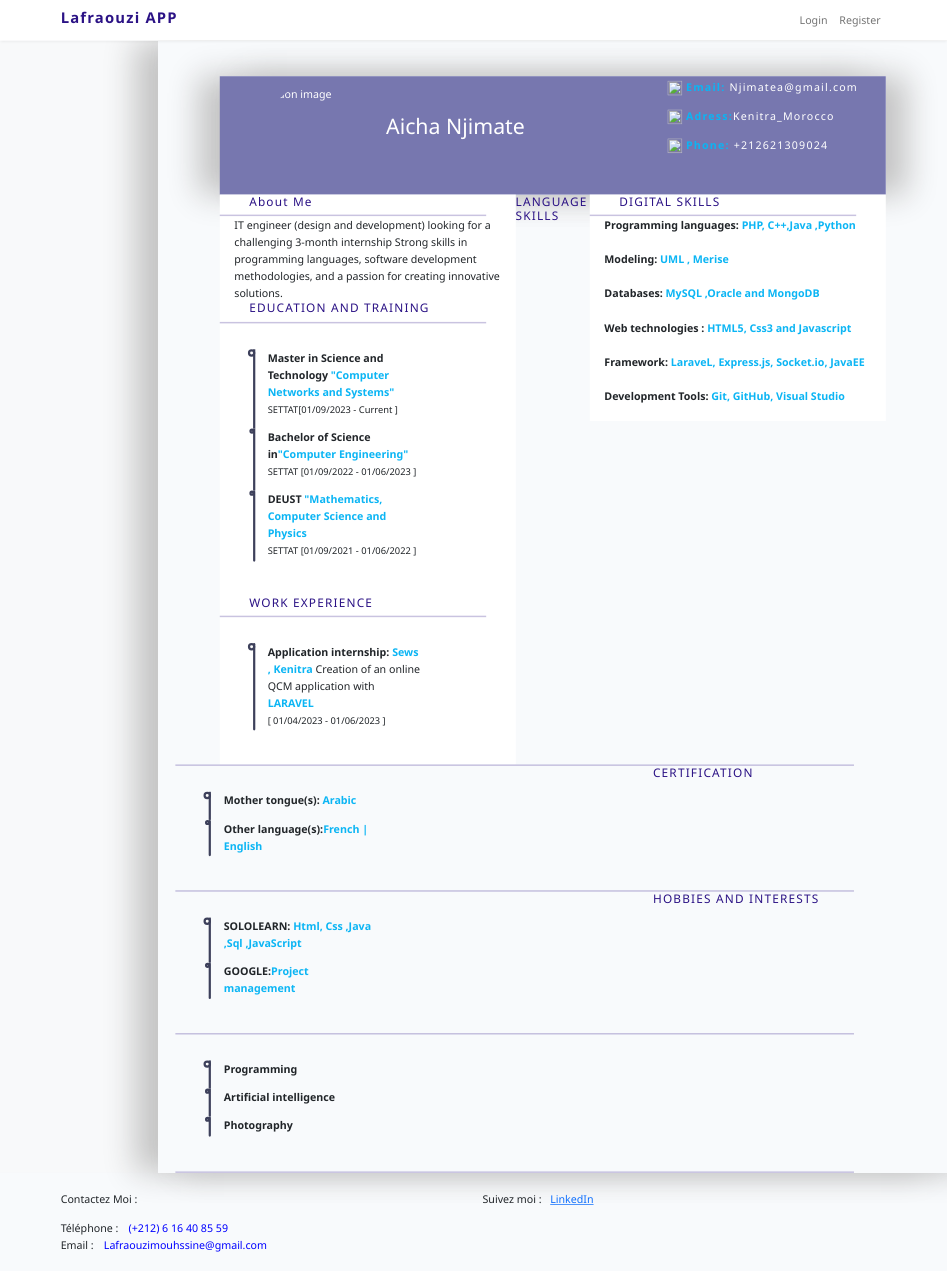
Repository: NjimateAicha/LaravelWeb
Page: http://localhost/aproposDeMoi
The author's editor kept a copy of each file at every save. The page is drawn from the files as they stood at one save, then again after the next save.
The browser window is 1280 px wide. The pictures show the whole page, at 74% of full size.
The page is served by the project's Laravel application, run on PHP 8.4 with Laravel 9. Other server files are loaded and not shown. Style sheets and scripts are compiled from the project's sources, by tool versions that may differ from the author's. Queries for data that is not in the repository find no rows.

Above is the page before, as saved 2024-05-19 15:54:06.

### routes/web.php
<?php

use App\Http\Controllers\AproposDeMoiController;
use App\Http\Controllers\ChartsController;
use App\Http\Controllers\EtudiantController;
use App\Http\Controllers\formulairesController;
use App\Http\Controllers\ImageController;
use App\Http\Controllers\JsController;
use App\Http\Controllers\MapController;
use App\Http\Controllers\MatriceController;
use App\Http\Controllers\PhpController;
use App\Http\Controllers\ProjetController;
use App\Http\Controllers\QuizController;
use Illuminate\Support\Facades\Auth;
use Illuminate\Support\Facades\Route;

/*
|--------------------------------------------------------------------------
| Web Routes
|--------------------------------------------------------------------------
|
| Here is where you can register web routes for your application. These
| routes are loaded by the RouteServiceProvider within a group which
| contains the "web" middleware group. Now create something great!
|
*/

Route::get('/', function () {
    return view('auth.login');
});


Auth::routes();

Route::get('/home', [App\Http\Controllers\HomeController::class, 'index'])->name('home');

Route::get('/projets', [ProjetController::class, 'index'])->name('projets.index');
Route::get('/aproposDeMoi', [AproposDeMoiController::class, 'index'])->name('aProposDeMoi.index');


/* CRUD Student */
Route::resource('/etudiant' ,EtudiantController::class );
/* CRUD image */
Route::resource('/image' ,ImageController::class );
/* CRUD Maps */
Route::resource('/map' ,MapController::class );
/* CRUD Charts */
Route::resource('/charts' ,ChartsController::class );
/* Matrice */
Route::resource('/matrice' ,MatriceController::class );
/* quiz */
Route::resource('/Quiz' ,QuizController::class );
Route::get('/quiz/javascript', [QuizController::class, 'javascriptQuiz'])->name('quiz.javascript');
Route::post('/quiz/calculateJS', [QuizController::class, 'calculateScoreJS'])->name('quiz.calculateJS');
Route::get('/quiz/php', [QuizController::class, 'phpQuiz'])->name('quiz.php');
Route::post('/quiz/calculatePHP', [QuizController::class, 'calculateScorePHP'])->name('quiz.calculatePHP');

### app/Http/Controllers/AproposDeMoiController.php
<?php

namespace App\Http\Controllers;

use Illuminate\Http\Request;

class AproposDeMoiController extends Controller
{
    public function index()
    {
        return view('aProposDeMoi.index');
    }
}

### resources/views/aProposDeMoi/index.blade.php
@extends('layouts.app')
@section('content')
<div class="container mt-5">
{{--     <div class="row">
      <div class="col-md-8 mx-auto">
        <div class="styled-div">
          <p>Bonjour, je suis un jeune Marocain spécialisé dans le domaine informatique, je me distingue par une
            solide formation et une approche créative, fondées sur une recherche approfondie en réseaux,
            systèmes informatiques et développement web. La base de ma formation repose sur une quête
            constante de solutions efficaces et innovantes.</p>
          <p>Mon engagement envers l'apprentissage continu et ma passion pour la programmation constituent
            les piliers de cette démarche, faisant de la maîtrise des environnements stimulants une aspiration
            professionnelle.</p>
          <p><a href="#parcours_académique"> Télécharger curriculum vitae </a></p>
        </div>
      </div>
    </div>
  </div> --}}
  <!DOCTYPE html>
<html lang="en">
<head>
    <meta charset="UTF-8">
    <meta http-equiv="X-UA-Compatible" content="IE=edge">
    <meta name="viewport" content="width=device-width, initial-scale=1.0">
    <title>Resume</title>
    <link rel="preconnect" href="https://fonts.gstatic.com">
    <link rel="stylesheet" href="cv.css">
    <link href="https://fonts.googleapis.com/css2?family=Poppins:wght@100;300;400;600&display=swap" rel="stylesheet">
    <link rel="stylesheet" href="https://cdnjs.cloudflare.com/ajax/libs/font-awesome/4.7.0/css/font-awesome.min.css">
</head>
<style>

body {
    font-family: 'Segoe UI', Tahoma, Geneva, Verdana, sans-serif;
}

main {
    box-shadow: 30px 0px 40px rgb(196, 196, 196), -30px 0px 40px rgb(196, 196, 196);
    margin: auto;
    max-width: 900px;
}

.srkl {
    display: flex;
    justify-content: space-between;
    margin-top: 25px;
    background-color: white;
    width: 100%;
}
header {
    height: 160px;
    padding-top: 10px;
    color: white;
    background-color: #7777af;
}

.photo {
    margin-left: 7%;
    border-radius: 50%;
    width: 130px;
    height: 130px;
    overflow: hidden;
}
.des{
    margin-left: 25%;
    margin-top: -10%;
}
h3{
    color: #2b1285;
    font-weight: bold;
    letter-spacing: .1rem;
    font-size: 20px;
}

.right{
    padding: 0;
    margin: 5px;
    margin-top: -10%;
}
.right p{
   margin-left: 600px;
   letter-spacing: .1rem;
}
.info{
    width: 20px;
    height: 20px;
}
.section-left{
    background-color: white;
    float: left;
    width: 400px;
}
.section-right{
    background-color: white;
    float: right;
    width: 400px;
}
 h4{
    margin-left: 10%;
    color: #2b1285;
    letter-spacing: .1rem;
    font-size: 16px;
}
hr.light{
 border-top: 2px solid #2b1285;
 width: 90%;
 margin-top: .1rem;

}
.atouts{
    margin-left: 10%;
}
.div{
    margin-left: 5%;

}

.skls {
    padding: 0px;
    width: 40%;
    margin-left: 10%
}
.cool {
    background-color: #fff;
    border: 2px solid #ccc;
    width: 300px;
    height: 7px;
}

.po {
    margin-top: 20px;
}
strong{
    color: #0bb5f4;
    text-decoration: none;
}

.interet{
    margin-left: 10%;
}
span{
    margin-left: 10px;
}
.resume{

}
.light {
    margin-bottom: 0; /* Supprime la marge en bas de la ligne horizontale */
}

.func {
    margin-top: 5px; /* Ajoute une marge en haut du paragraphe suivant */
}
ul {
    list-style-type: none;
    padding: 0;
  }

  .resume .base, .resume .func {
    box-sizing: border-box;
    float: left;
  }
  .resume .base > div, .resume .func > div {
    padding-bottom: 10px;
  }
  .resume .base > div:last-of-type, .resume .func > div:last-of-type {
    padding-bottom: 0;
  }

.resume .func {
    width: 645px;
    padding: 30px 25px;
  }



  .resume .func .work ul li, .resume .func .edu ul li {
    position: relative;
    margin-left: 15px;
    padding-left: 25px;
    padding-bottom: 15px;
  }
  .resume .func .work ul li:hover::before, .resume .func .edu ul li:hover::before {
    animation: circle 1.2s infinite;
  }

  @keyframes circle {
    from {
      box-shadow: 0 0 0 0px #3d405b;
    }
    to {
      box-shadow: 0 0 0 6px rgba(61, 64, 91, 0);
    }
  }
  .resume .func .work ul li:first-of-type::before, .resume .func .edu ul li:first-of-type::before {
    width: 10px;
    height: 10px;
    left: -2px;
  }
  .resume .func .work ul li:last-of-type, .resume .func .edu ul li:last-of-type {
    padding-bottom: 3px;
  }
  .resume .func .work ul li:last-of-type::after, .resume .func .edu ul li:last-of-type::after {
    border-radius: 1.5px;
  }
  .resume .func .work ul li::before, .resume .func .work ul li::after, .resume .func .edu ul li::before, .resume .func .edu ul li::after {
    content: "";
    display: block;
    position: absolute;
  }
  .resume .func .work ul li::before, .resume .func .edu ul li::before {
    width: 7px;
    height: 7px;
    border: 3px solid #3d405b;
    background: #fcfcfc;
    border-radius: 50%;
    left: 0;
    z-index: 1;
  }
  .resume .func .work ul li::after, .resume .func .edu ul li::after {
    width: 3px;
    height: 100%;
    background: #3d405b;
    left: 5px;
    top: 0;
  }
  .resume .func .work ul li span, .resume .func .edu ul li span {
    transition-duration: 0.3s;
  }
  .resume .func .work {
    width: 42%;
  }
  .resume .func .edu {
    width: 58%;
  }
  .resume .func .skills-prog {
    clear: both;
  }

</style>
<body>
     <main>
        <header>
            <div class="photo">
                <img src="image/mee.png"  width ="100%" height="100%"alt="ùon image">
            </div>
            <div class="des">
                <h2>Aicha Njimate</h2>


            </div>

            <div class="right">


                <p><img src="../image/email.png" class="info"><strong> Email:</strong> Njimatea@gmail.com</p>
                <p><img src="image/loca.png" class="info"> <strong> Adress:</strong>Kenitra_Morocco</p>
               <p><img src="image/telephone_10945101.png" class="info"><strong> Phone:</strong> +212621309024</p>


            </div>


        </header>
        <section class="section-left">

            <h4>About Me</h4>
            <hr class="light">

            <div class="div">
                IT engineer (design and development) looking for a challenging 3-month internship
                 Strong skills in programming languages, software development methodologies, and a passion for creating
                    innovative solutions.
            </div>
                <div class="resume">
                    <h4>EDUCATION AND TRAINING</h4>
                    <hr class="light">
                    <div class="func">
                        <div class="work">

                          <ul>
                            <li><b>Master in Science and Technology <strong> "Computer Networks and Systems"</strong></b><small> SETTAT[01/09/2023 - Current ]</small></li>
                            <li><b>Bachelor of Science in</b><strong>"Computer Engineering"</strong><br><small> SETTAT [01/09/2022 - 01/06/2023 ] </small></li>
                            <li><b>DEUST <strong> "Mathematics, Computer Science and Physics</strong></b><br><small> SETTAT [01/09/2021 - 01/06/2022 ] </small></li>
                          </ul>
                        </div>
                </div>



                <div class="resume">
                    <h4>WORK EXPERIENCE</h4>
                    <hr class="light">
                    <div class="func">
                        <div class="work">

                          <ul>
                            <li><b>Application internship: </b><strong>Sews , Kenitra</strong>
                                Creation of an online QCM application with <strong> LARAVEL</strong><br><small> [ 01/04/2023 - 01/06/2023 ] </small> <br></li>
                          </ul>
                        </div>
                </div>








        </section>
        <section class="section-right">
           <h4>DIGITAL SKILLS </h4>
           <hr class="light">
            <div class="div">
                <div><b>Programming languages: </b>
                    <strong>PHP, C++,Java ,Python</strong>
                </div>
            </div>
            <br>
            <div class="div">
                <div><b>Modeling: </b>
                    <strong> UML , Merise</strong>
                </div>
            </div>
            <br>
            <div class="div">
                <div><b>Databases: </b>
                    <strong>MySQL ,Oracle and MongoDB</strong>
                </div>
            </div>
            <br>
            <div class="div">
                <div><b> Web technologies : </b>
                    <strong>HTML5, Css3 and Javascript</strong>
                </div>
            </div>
            <br>
            <div class="div">
                <div><b>  Framework: </b>
                    <strong>LaraveL, Express.js, Socket.io, JavaEE </strong>
                </div>
            </div>
            <br>

            <div class="div">
                <div><b>Development Tools: </b>
                    <strong> Git,  GitHub, Visual Studio  </strong>
                </div>
            </div>
            <br>




            </div>
            <div class="resume">
                <h4> LANGUAGE SKILLS</h4>
                <hr class="light">
                <div class="func">
                    <div class="work">

                      <ul>
                        <li><b>Mother tongue(s): <strong> Arabic</strong></b></li>
                        <li><b> Other language(s):</b><strong>French | English</strong><br></li>

                      </ul>
                    </div>
            </div>
            <div class="resume">
                <h4> CERTIFICATION </h4>
                <hr class="light">
                <div class="func">
                    <div class="work">

                      <ul>
                        <li><b>SOLOLEARN:<strong> Html, Css ,Java ,Sql ,JavaScript</strong></b></li>
                        <li><b> GOOGLE:</b><strong>Project management</strong><br></li>

                      </ul>
                    </div>
            </div>

            <div class="resume">
                <h4> HOBBIES AND INTERESTS </h4>
                <hr class="light">
                <div class="func">
                    <div class="work">

                      <ul>
                        <li><b>Programming</b></li>
                        <li><b>Artificial intelligence </b></li>
                        <li><b>Photography</b></li>

                      </ul>
                    </div>
            </div>

        </section>
        <div class="srkl">

        </div>
        <hr class="light">
    </main>
</body>
</html>
@endsection

### resources/views/layouts/app.blade.php
<!doctype html>
<html lang="{{ str_replace('_', '-', app()->getLocale()) }}">

<head>
    <meta charset="utf-8">
    <meta name="viewport" content="width=device-width, initial-scale=1">

    <!-- CSRF Token -->
    <meta name="csrf-token" content="{{ csrf_token() }}">

    <title>{{ config('app.name', 'Lafraouzi') }}</title>

    <!-- Fonts -->
    <link rel="dns-prefetch" href="//fonts.bunny.net">
    <link href="https://fonts.bunny.net/css?family=Nunito" rel="stylesheet">

    <!-- Scripts -->
    @vite(['resources/sass/app.scss', 'resources/js/app.js'])
</head>

<body>
    <div id="app">
        <nav class="navbar navbar-expand-md navbar-light bg-white shadow-sm">
            <div class="container">
                <h3>Lafraouzi APP</h3>
                <button class="navbar-toggler" type="button" data-bs-toggle="collapse"
                    data-bs-target="#navbarSupportedContent" aria-controls="navbarSupportedContent"
                    aria-expanded="false" aria-label="{{ __('Toggle navigation') }}">
                    <span class="navbar-toggler-icon"></span>
                </button>

                <div class="collapse navbar-collapse" id="navbarSupportedContent">
                    <!-- Left Side Of Navbar -->
                    <ul class="navbar-nav me-auto">

                    </ul>

                    <!-- Right Side Of Navbar -->
                    <ul class="navbar-nav ms-auto">
                        <!-- Authentication Links -->
                        @guest
                            @if (Route::has('login'))
                                <li class="nav-item">
                                    <a class="nav-link" href="{{ route('login') }}">{{ __('Login') }}</a>
                                </li>
                            @endif

                            @if (Route::has('register'))
                                <li class="nav-item">
                                    <a class="nav-link" href="{{ route('register') }}">{{ __('Register') }}</a>
                                </li>
                            @endif
                        @else
                            <li class="nav-item dropdown">
                                <a id="navbarDropdown" class="nav-link dropdown-toggle" href="#" role="button"
                                    data-bs-toggle="dropdown" aria-haspopup="true" aria-expanded="false" v-pre>
                                    {{ Auth::user()->name }}
                                </a>

                                <div class="dropdown-menu dropdown-menu-end" aria-labelledby="navbarDropdown">
                                    <a class="dropdown-item" href="{{ route('logout') }}"
                                        onclick="event.preventDefault();
                                                     document.getElementById('logout-form').submit();">
                                        {{ __('Logout') }}
                                    </a>

                                    <form id="logout-form" action="{{ route('logout') }}" method="POST" class="d-none">
                                        @csrf
                                    </form>
                                </div>
                            </li>
                        @endguest
                    </ul>
                </div>
            </div>
        </nav>
        <div class="container-fluid">
            <div class="row ">
                <nav class="col-md-2 d-none d-md-block bg-light sidebar">
                    <div class="position-sticky pt-3" style="height: 400px">

                        <ul class="nav flex-column">
                            @auth
                                <li class="nav-item">
                                    <a class="nav-link active" aria-current="page"
                                        href="{{ route('aProposDeMoi.index') }}">À propos de moi</a>
                                </li>
                                <li class="nav-item">
                                    <a class="nav-link" href="{{ route('projets.index') }}">Mes Projets</a>
                                </li>
                            @endauth
                        </ul>


                    </div>
                </nav>
                <main class="col-md-9 ms-sm-auto col-lg-10 px-md-4">
                    @yield('content') </main>
            </div>
        </div>

        <footer class="bg-gray-200 py-4 pt-56">
            <div class="container mx-auto">
                <div class="row justify-content-between">
                    <div class="col-md-6">
                        <div class="text-gray-600">
                            <p>Contactez Moi :</p>
                            <p class="d-inline">Téléphone : <span style="color: blue;">(+212) 6 16 40 85 59</span></p>
                            <br>
                            <p class="d-inline">Email : <span style="color: blue;">Lafraouzimouhssine@gmail.com</span>
                            </p>
                        </div>
                    </div>
                    <div class="col-md-6">
                        <div class="text-gray-600">
                            <p class="d-inline-block me-2 mb-0">Suivez moi :</p>
                            <a href="https://www.linkedin.com/" class="text-blue-500 hover:text-blue-700 d-inline-block"
                                target="_blank">LinkedIn</a>
                        </div>
                    </div>
                </div>
            </div>
        </footer>


    </div>
    {{--  <script>
        window.watsonAssistantChatOptions = {
          integrationID: "49560a46-f018-4c49-8a83-d069b96fc72b", // The ID of this integration.
          region: "au-syd", // The region your integration is hosted in.
          serviceInstanceID: "493a2bdb-b4a9-4c8b-a004-17e8e85d6536", // The ID of your service instance.
          onLoad: async (instance) => { await instance.render(); }
        };
        setTimeout(function(){
          const t=document.createElement('script');
          t.src="https://web-chat.global.assistant.watson.appdomain.cloud/versions/" + (window.watsonAssistantChatOptions.clientVersion || 'latest') + "/WatsonAssistantChatEntry.js";
          document.head.appendChild(t);
        });
      </script>  --}}
</body>

</html>

### app/Http/Controllers/ImageController.php
<?php

namespace App\Http\Controllers;

use App\Models\Image;
use Illuminate\Http\Request;
use Illuminate\Support\Facades\Storage;

class ImageController extends Controller
{
    /**
     * Display a listing of the resource.
     *
     * @return \Illuminate\Http\Response
     */
    public function index()
    {

    }

    /**
     * Show the form for creating a new resource.
     *
     * @return \Illuminate\Http\Response
     */
    public function create()
{
    $images = Image::all();
    return view('image.create', compact('images'));
}

    /**
     * Store a newly created resource in storage.
     *
     * @param  \Illuminate\Http\Request  $request
     * @return \Illuminate\Http\Response
     */
    public function store(Request $request)
{
    $request->validate([
        'image_file' => 'required|image|mimes:jpeg,png,jpg,gif|max:2048', // Valider les images avec les extensions jpeg, png, jpg, gif et une taille maximale de 2 Mo
    ]);

    $size = $request->file('image_file')->getSize();
    $name = $request->file('image_file')->getClientOriginalName();
    $type = $request->file('image_file')->getClientOriginalExtension();
    $bin_img = file_get_contents($request->file('image_file')->getRealPath());

    $image = Image::create([
        'nom' => $name,
        'type' => $type,
        'size' => $size,
        'bin_img' => $bin_img,
    ]);

    $request->file('image_file')->storeAs('public/images/', $name);



    // Redirection avec un message de succès
    return redirect()->route('image.create')->with('success', 'image est enregistré avec succès.');

}


    /**
     * Display the specified resource.
     *
     * @param  \App\Models\Image  $image
     * @return \Illuminate\Http\Response
     */
    public function show(Image $image)
    {
        //
    }

    /**
     * Show the form for editing the specified resource.
     *
     * @param  \App\Models\Image  $image
     * @return \Illuminate\Http\Response
     */
    public function edit(Image $image)
    {
        //
    }

    /**
     * Update the specified resource in storage.
     *
     * @param  \Illuminate\Http\Request  $request
     * @param  \App\Models\Image  $image
     * @return \Illuminate\Http\Response
     */
    public function update(Request $request, Image $image)
    {
        //
    }

    /**
     * Remove the specified resource from storage.
     *
     * @param  \App\Models\Image  $image
     * @return \Illuminate\Http\Response
     */
    public function destroy(Image $image)
{
    // Supprimer l'image de la base de données
    $image->delete();

    // Supprimer le fichier image du stockage
    Storage::delete('public/images/' . $image->nom);

    return redirect()->back()->with('success', 'Image supprimée avec succès');
}

}

### app/Models/Image.php
<?php

namespace App\Models;

use Illuminate\Database\Eloquent\Factories\HasFactory;
use Illuminate\Database\Eloquent\Model;

class Image extends Model
{
    use HasFactory;
    protected $fillable = ['nom', 'type', 'size', 'bin_img'];
}

Loaded but not shown: app/Http/Controllers/Auth/ConfirmPasswordController.php (common file); app/Http/Controllers/Controller.php (common file); resources/sass/app.scss (common file); resources/sass/_variables.scss (common file)

After the next save:
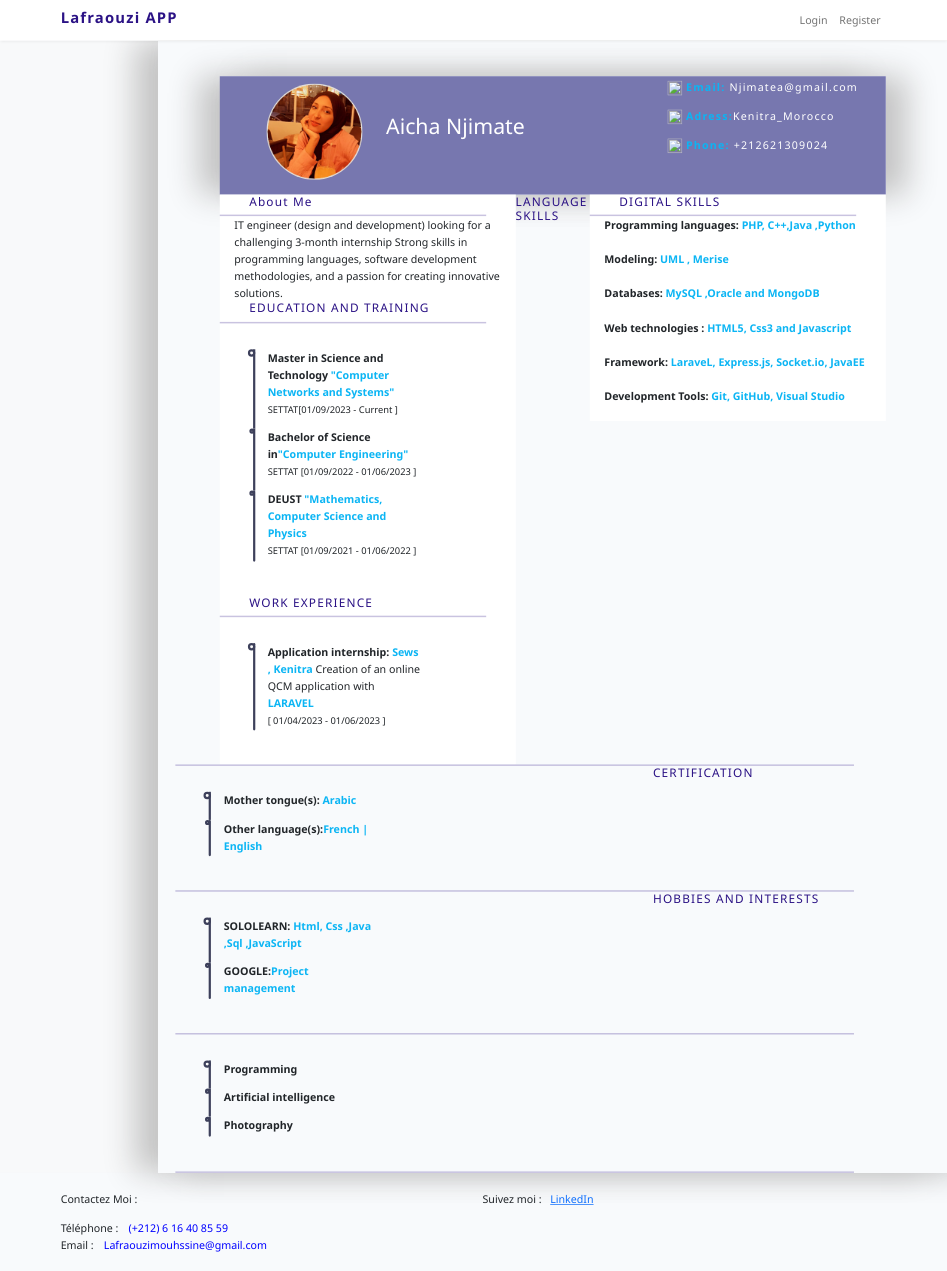
Saved 11 s later.
--- a/resources/views/aProposDeMoi/index.blade.php
+++ b/resources/views/aProposDeMoi/index.blade.php
@@ -242,7 +242,7 @@ ul {
      <main>
         <header>
             <div class="photo">
-                <img src="image/mee.png"  width ="100%" height="100%"alt="ùon image">
+                <img src="images/mee.png"  width ="100%" height="100%"alt="ùon image">
             </div>
             <div class="des">
                 <h2>Aicha Njimate</h2>
